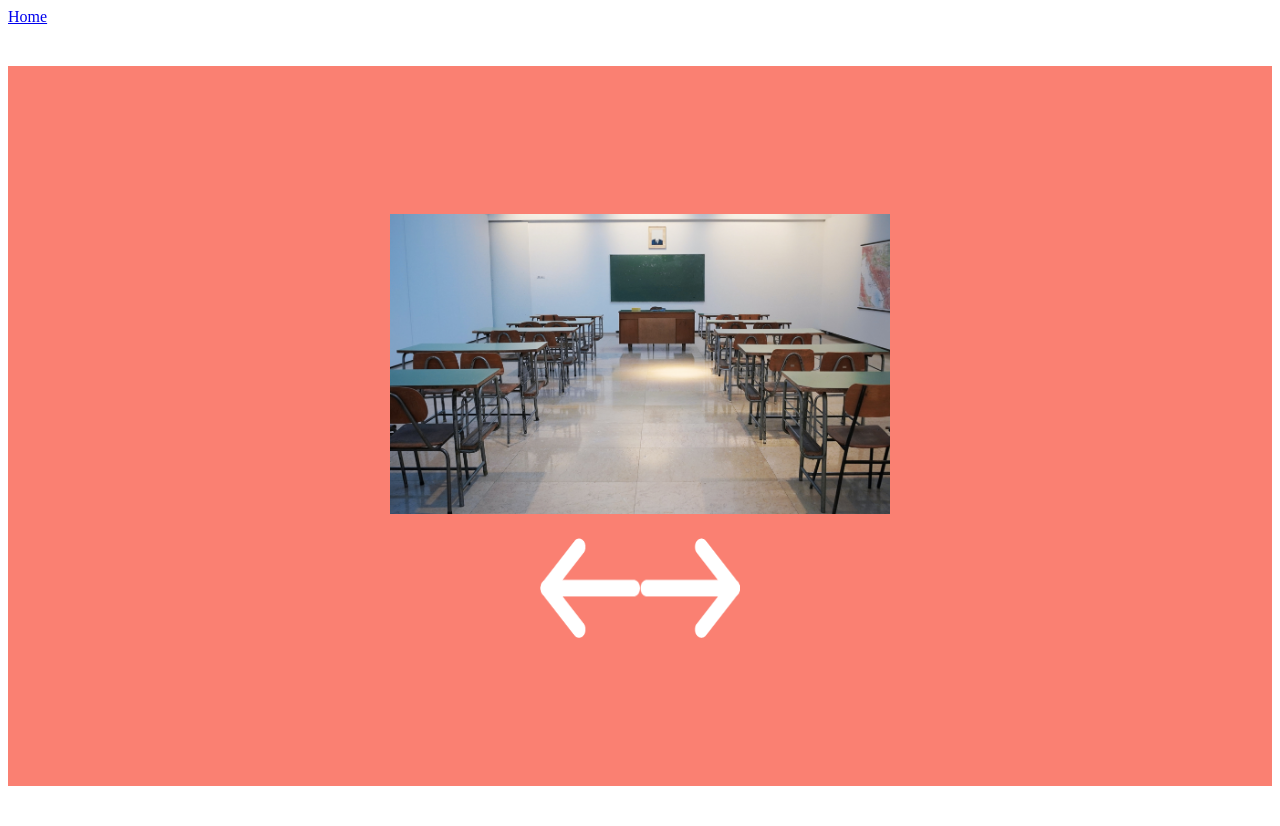
Repository: RonanKhalilOlaes/Class08
Page: /carouselPage
An editor plug-in stored every save of this project. The page is shown before and after the next save, followed by the edit.
The browser window is 1280 px wide. The pictures show the whole page.
The project was rebuilt for these pictures with package versions that can differ from the ones it lists, and the page was loaded fresh each time. The framework's server and built-in components were replaced by stand-ins that run in the browser. Also part of the build but not shown: next.config.js.

Above is the page before, as saved 2023-02-20 22:48:59.

### pages/carouselPage.js
import Carousel from "@/component/carousel";
import Link from "next/link";

export default function CarouselPage() {
    return (
        <>
            <Link href="/">Home</Link>
            <Carousel/>
        </>
    )
}

### styles/globals.css
:root {

}

### component/carousel/index.js

import Image from "next/image"
import { useState } from "react"
import styles from '/component/carousel/Carousel.module.css'

export default function Carousel () {

    const [img, setImg] = useState(0);

    const changeImage = (change) => {
            if(change == "backward") {
                setImg(img - 1);

                if(img == 0){
                    setImg(5);
                }
                console.log(img);

            }else if (change == "forward") {
                setImg(img +1);
                if(img == 5) {
                    setImg(0);
                }
                console.log(img);
            }

        }

    return (
        <>
            <div className={styles.carousel}>

            <div style={{
                backgroundImage:"url(/carousel-images/" + img + ".jpg)",
                backgroundSize: 'cover',
                backgroundRepeat: "no-repeat",
                width: 500,
                height: 300
            }}>
            </div>
            <div className={styles.arrow}>
                <Image
                    src={"/icons/leftArrow.png"}
                    alt={"/icons/leftArrow.png"}
                    width={100}
                    height={100}
                    onClick={() => changeImage("backward")}
                />

                <Image
                    src={"/icons/rightArrow.png"}
                    alt={"/icons/rightArrow.png"}
                    width={100}
                    height={100}
                    onClick={() => changeImage("forward")}
                />
            </div>

            </div>
        </>
    )
}

### component/carousel/Carousel.module.css
.carousel {
            height: "200px";
            background-Repeat: no-repeat;
            background-Size: "cover";
            display: flex;
            justify-Content: center;
            flex-direction: column;
            align-items: center;
            margin: 40px 0px;
            background-color: salmon;
            height: 100vh;
            gap: 0.5em;
}

.arrow {
    display: flex;
    justify-content: center;
    padding-top: 1em;
}

Loaded but not shown: pages/_app.js (common file); pages/_document.js (common file)

After the next save:
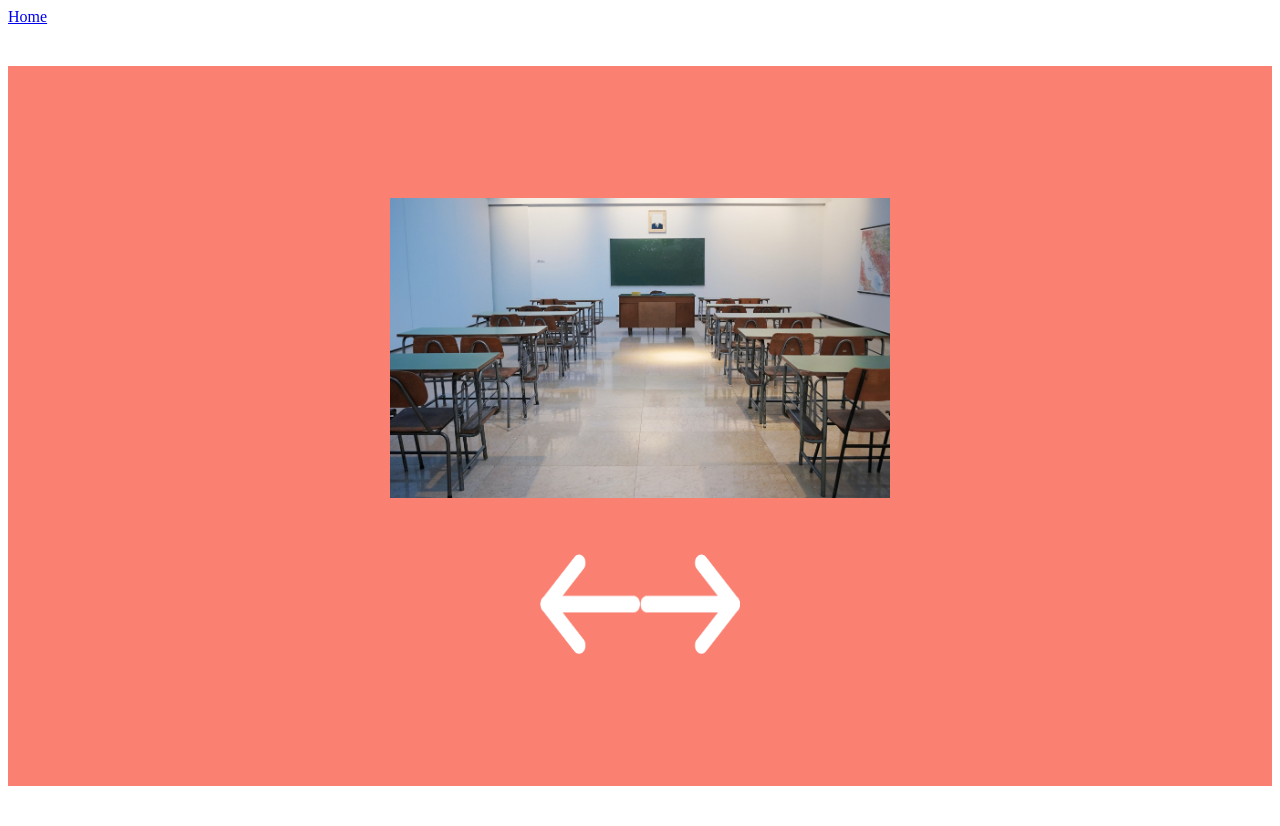
Saved 5 s later.
--- a/component/carousel/Carousel.module.css
+++ b/component/carousel/Carousel.module.css
@@ -15,5 +15,5 @@
 .arrow {
     display: flex;
     justify-content: center;
-    padding-top: 1em;
+    padding-top: 3em;
 }
